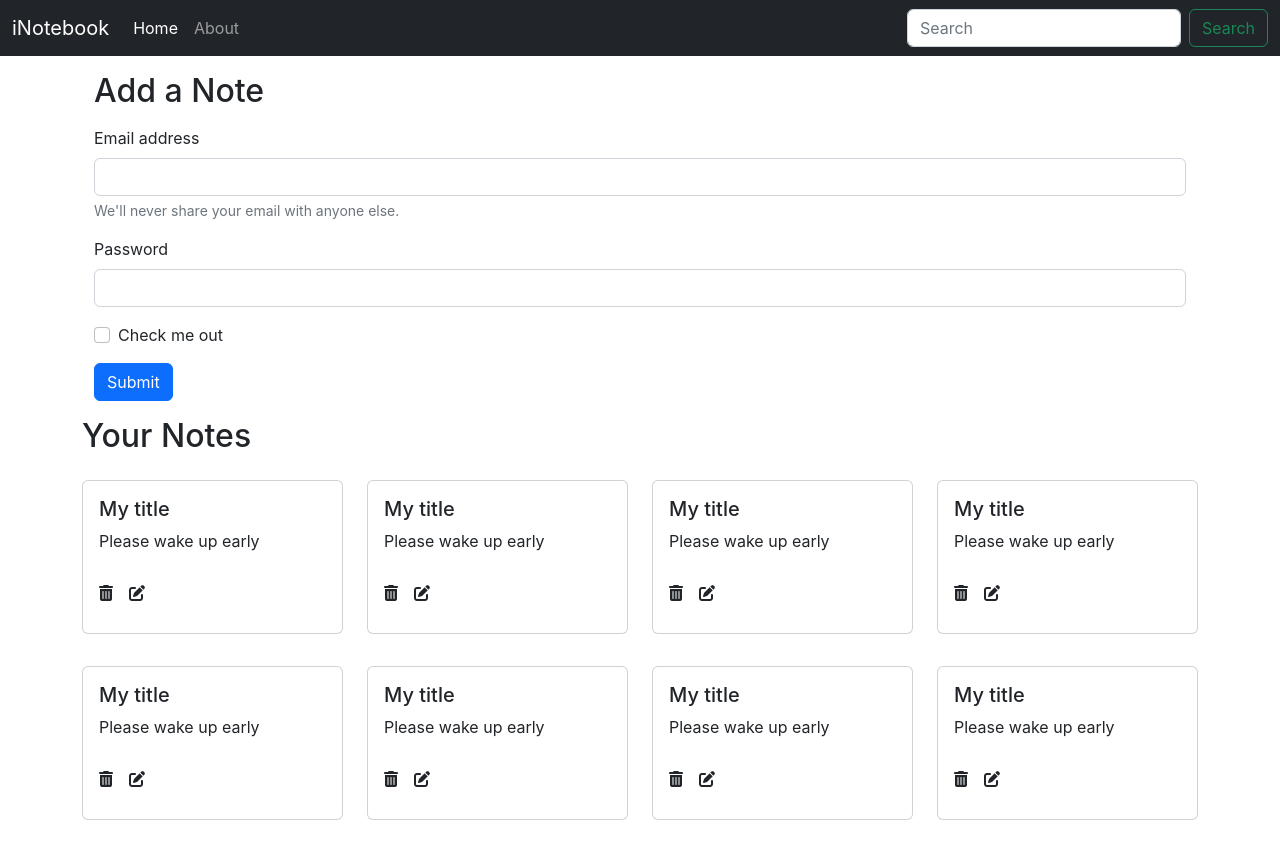
Repository: SatishPatil108/iNotebook-React
Page: /
The author's editor kept a copy of each file at every save. The page is drawn from the files as they stood at one save, then again after the next save.
The browser window is 1280 px wide. The pictures show the whole page.
Some web libraries are served in a nearby version. The project was rebuilt for these pictures with package versions that can differ from the ones it lists, and the page was loaded fresh each time. Also part of the build but not shown: src/App.css, src/components/About.js.

Above is the page before, as saved 2022-07-24 18:31:56.

### public/index.html
<!DOCTYPE html>
<html lang="en">

<head>
  <meta charset="utf-8" />
  <link rel="icon" href="%PUBLIC_URL%/favicon.ico" />
  <meta name="viewport" content="width=device-width, initial-scale=1" />
  <meta name="theme-color" content="#000000" />
  <meta name="description" content="Web site created using create-react-app" />
  <link rel="apple-touch-icon" href="%PUBLIC_URL%/logo192.png" />

  <link rel="manifest" href="%PUBLIC_URL%/manifest.json" />
  <link href="https://cdn.jsdelivr.net/npm/bootstrap@5.2.0/dist/css/bootstrap.min.css" rel="stylesheet"
    integrity="sha384-gH2yIJqKdNHPEq0n4Mqa/HGKIhSkIHeL5AyhkYV8i59U5AR6csBvApHHNl/vI1Bx" crossorigin="anonymous">

  <title>iNotebook - Your Notes Secured in the Cloud</title>
</head>

<body>
  <noscript>You need to enable JavaScript to run this app.</noscript>
  <div id="root"></div>
  <script src="https://kit.fontawesome.com/e892c3092d.js" crossorigin="anonymous"></script>
  <script src="https://cdn.jsdelivr.net/npm/@popperjs/core@2.11.5/dist/umd/popper.min.js"
    integrity="sha384-Xe+8cL9oJa6tN/veChSP7q+mnSPaj5Bcu9mPX5F5xIGE0DVittaqT5lorf0EI7Vk"
    crossorigin="anonymous"></script>
  <script src="https://cdn.jsdelivr.net/npm/bootstrap@5.2.0/dist/js/bootstrap.min.js"
    integrity="sha384-ODmDIVzN+pFdexxHEHFBQH3/9/vQ9uori45z4JjnFsRydbmQbmL5t1tQ0culUzyK"
    crossorigin="anonymous"></script>

</body>

</html>

### src/App.js
import './App.css';
import {
  BrowserRouter as Router,
  Routes,
  Route
} from "react-router-dom";
import Navbar from './components/Navbar';
import Home from './components/Home';
import About from './components/About';
import NoteState from './context/notes/NoteState';

function App() {
  return (
    <>
      <NoteState>
        <Router>
          <Navbar />
          <div className="container">
            <Routes>
              <Route exact path="/" element={<Home />}></Route>
              <Route exact path="/about" element={<About />}></Route>
            </Routes>
          </div>
        </Router>
      </NoteState>
    </>
  );
}

export default App;

### src/components/Navbar.js
import React, { useEffect } from 'react'
import { Link, useLocation } from "react-router-dom";

const Navbar = () => {

    let location = useLocation();
    useEffect(() => {
        console.log(location.pathname);
    }, [location]);
    return (
        <div>
            <nav className="navbar navbar-expand-lg navbar-dark  bg-dark">
                <div className="container-fluid">
                    <Link className="navbar-brand" to="/">iNotebook</Link>
                    <button className="navbar-toggler" type="button" data-bs-toggle="collapse" data-bs-target="#navbarSupportedContent" aria-controls="navbarSupportedContent" aria-expanded="false" aria-label="Toggle navigation">
                        <span className="navbar-toggler-icon"></span>
                    </button>
                    <div className="collapse navbar-collapse" id="navbarSupportedContent">
                        <ul className="navbar-nav me-auto mb-2 mb-lg-0">
                            <li className="nav-item">
                                <Link className={`nav-link ${location.pathname === "/" ? "active" : ""}`} aria-current="page" to="/">Home</Link>
                            </li>
                            <li className="nav-item">
                                <Link className={`nav-link ${location.pathname === "/about" ? "active" : ""}`} to="/about">About</Link>
                            </li>
                        </ul>
                        <form className="d-flex" role="search">
                            <input className="form-control me-2" type="search" placeholder="Search" aria-label="Search" />
                            <button className="btn btn-outline-success" type="submit">Search</button>
                        </form>
                    </div>
                </div>
            </nav>
        </div>
    )
}

export default Navbar

### src/components/Home.js
import Notes from './Notes';

const Home = () => {

    return (
        <div>
            <div className="container my-3">
                <h2>Add a Note</h2>
                <form className='my-3'>
                    <div className="mb-3">
                        <label for="exampleInputEmail1" className="form-label">Email address</label>
                        <input type="email" className="form-control" id="exampleInputEmail1" aria-describedby="emailHelp" />
                        <div id="emailHelp" className="form-text">We'll never share your email with anyone else.</div>
                    </div>
                    <div className="mb-3">
                        <label for="exampleInputPassword1" className="form-label">Password</label>
                        <input type="password" className="form-control" id="exampleInputPassword1" />
                    </div>
                    <div className="mb-3 form-check">
                        <input type="checkbox" className="form-check-input" id="exampleCheck1" />
                        <label className="form-check-label" for="exampleCheck1">Check me out</label>
                    </div>
                    <button type="submit" className="btn btn-primary">Submit</button>
                </form>
            </div>
            <Notes />
        </div>
    )
}

export default Home

### src/context/notes/NoteState.js
import NoteContext from "./noteContext";
import { useState } from "react";
const NoteState = (props) => {
    const notesInitial = [
        {
            "_id": "62da4a93624101fbcba2f70b",
            "user": "62da3547e5c581994402a424",
            "title": "My title",
            "description": "Please wake up early",
            "tag": "Personal",
            "date": "2022-07-22T06:58:27.100Z",
            "__v": 0
        },
        {
            "_id": "62da4a93624101fbcba2f70d",
            "user": "62da3547e5c581994402a424",
            "title": "My title",
            "description": "Please wake up early",
            "tag": "Personal",
            "date": "2022-07-22T06:58:27.254Z",
            "__v": 0
        },
        {
            "_id": "62da4b55247e3f71d9903681",
            "user": "62da3547e5c581994402a424",
            "title": "My title",
            "description": "Please wake up early",
            "tag": "Personal",
            "date": "2022-07-22T07:01:41.403Z",
            "__v": 0
        },
        {
            "_id": "62da89d6007163cf4d1b5c32",
            "user": "62da3547e5c581994402a424",
            "title": "My title",
            "description": "Please wake up early",
            "tag": "Personal",
            "date": "2022-07-22T11:28:22.313Z",
            "__v": 0
        },
        {
            "_id": "62da4a93624101fbcba2f70b",
            "user": "62da3547e5c581994402a424",
            "title": "My title",
            "description": "Please wake up early",
            "tag": "Personal",
            "date": "2022-07-22T06:58:27.100Z",
            "__v": 0
        },
        {
            "_id": "62da4a93624101fbcba2f70d",
            "user": "62da3547e5c581994402a424",
            "title": "My title",
            "description": "Please wake up early",
            "tag": "Personal",
            "date": "2022-07-22T06:58:27.254Z",
            "__v": 0
        },
        {
            "_id": "62da4b55247e3f71d9903681",
            "user": "62da3547e5c581994402a424",
            "title": "My title",
            "description": "Please wake up early",
            "tag": "Personal",
            "date": "2022-07-22T07:01:41.403Z",
            "__v": 0
        },
        {
            "_id": "62da89d6007163cf4d1b5c32",
            "user": "62da3547e5c581994402a424",
            "title": "My title",
            "description": "Please wake up early",
            "tag": "Personal",
            "date": "2022-07-22T11:28:22.313Z",
            "__v": 0
        }
    ]

    const [notes, setNotes] = useState(notesInitial)

    return (
        <NoteContext.Provider value={{ notes, setNotes }}>
            {props.children}
        </NoteContext.Provider>
    )
}

export default NoteState;

### src/components/Notes.js
import React, { useContext } from 'react'
import noteContext from '../context/notes/noteContext';
import Noteitem from './Noteitem';

const Notes = () => {
    const context = useContext(noteContext);
    const { notes, setNotes } = context;

    return (
        <div className="row my-3">
            <h2>Your Notes</h2>
            {notes.map((note) => {
                return <Noteitem note={note} />
            })}
        </div>
    )
}

export default Notes

### src/components/Noteitem.js
import React from 'react'

const Noteitem = (props) => {
    const { note } = props;
    return (
        <div className='col-md-3'>
            <div className="card my-3">
                <div className="card-body">
                    <h5 className="card-title">{note.title}</h5>
                    <p className="card-text">{note.description}</p>
                    <i className="fa-solid fa-trash-can"></i>
                    <i className="fa-solid fa-pen-to-square m-3"></i>
                </div>
            </div>
        </div>
    )
}

export default Noteitem

Loaded but not shown: src/index.js (common file); src/index.css (common file); src/context/notes/noteContext.js (common file)

After the next save:
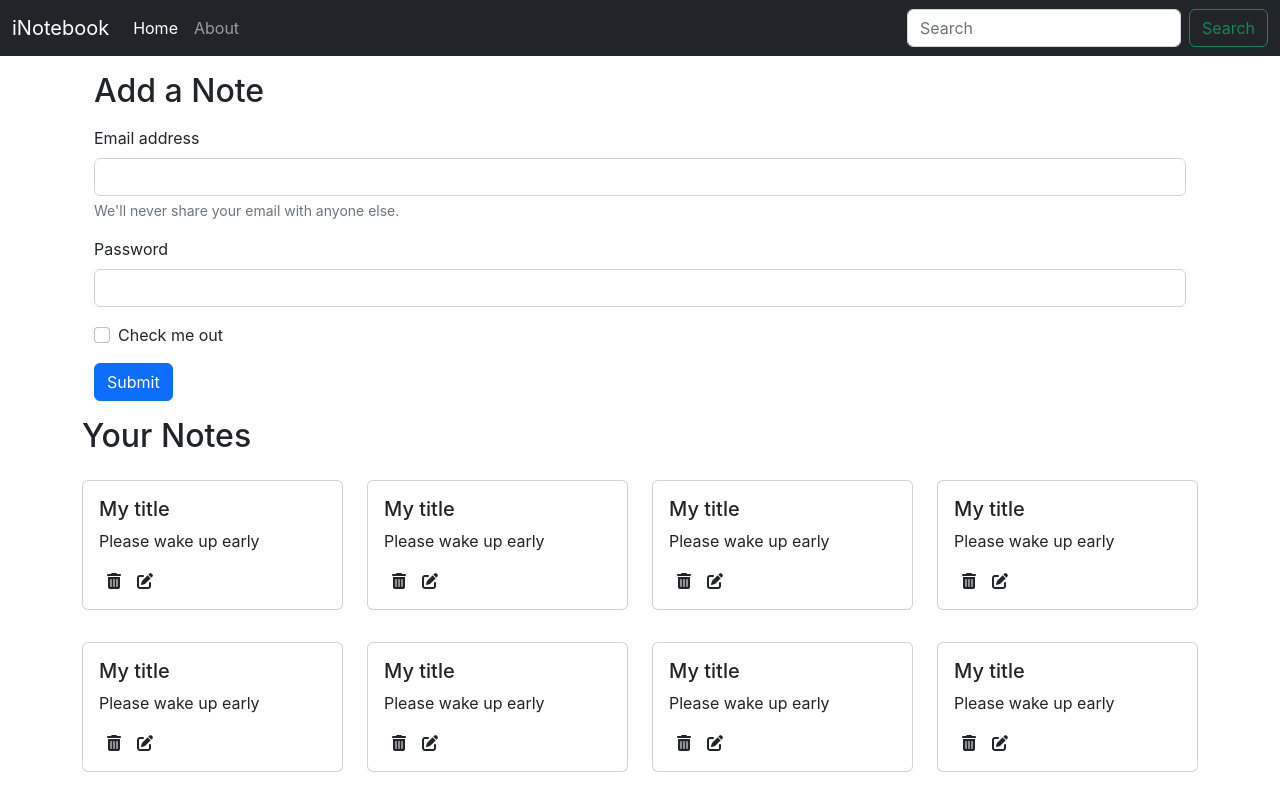
Saved 54 s later.
--- a/src/components/Noteitem.js
+++ b/src/components/Noteitem.js
@@ -8,8 +8,8 @@
                 <div className="card-body">
                     <h5 className="card-title">{note.title}</h5>
                     <p className="card-text">{note.description}</p>
-                    <i className="fa-solid fa-trash-can"></i>
-                    <i className="fa-solid fa-pen-to-square m-3"></i>
+                    <i className="fa-solid fa-trash-can mx-2"></i>
+                    <i className="fa-solid fa-pen-to-square mx-2"></i>
                 </div>
             </div>
         </div>
